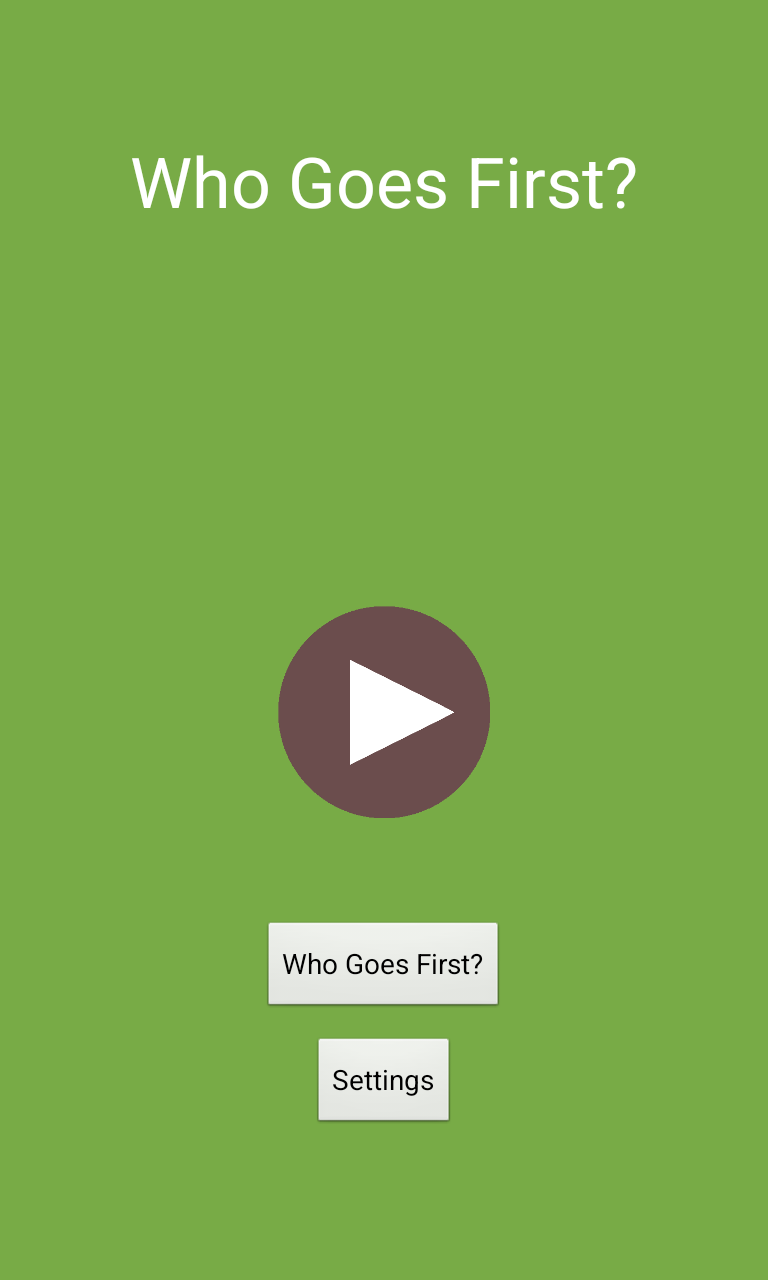
Repository: DarwinLYang/WhoGoesFirstApp
Layout: Who First/WhoFirst/res/layout/fragment_main.xml
These files come from the project's save history. The layout is drawn as it stood at one moment and after the next save; the edit follows.
It is drawn on a 768 x 1280 px phone screen (xhdpi) without system bars, with theme android:Theme.NoTitleBar.Fullscreen; the app's code is not run.

Above is the layout before, as saved 2014-04-09 21:36:06.

### Who First/WhoFirst/res/layout/fragment_main.xml
<RelativeLayout xmlns:android="http://schemas.android.com/apk/res/android"
    xmlns:tools="http://schemas.android.com/tools"
    android:id="@+id/TitleScreen"
    android:layout_width="match_parent"
    android:layout_height="match_parent"
    android:background="@color/green"
    android:gravity="center_horizontal" >

    <TextView
        android:id="@+id/setttingsTitle"
        android:layout_width="wrap_content"
        android:layout_height="wrap_content"
        android:layout_alignParentTop="true"
        android:layout_centerHorizontal="true"
        android:layout_marginTop="67dp"
        android:text="Who Goes First?"
        android:textAppearance="?android:attr/textAppearanceLarge"
        android:textSize="35sp" />

    <Button
        android:id="@+id/questionButton"
        android:layout_width="wrap_content"
        android:layout_height="wrap_content"
        android:layout_alignParentBottom="true"
        android:layout_centerHorizontal="true"
        android:layout_marginBottom="132dp"
        android:onClick="questionScreen"
        android:text="@string/button_question" />

    <Button
        android:id="@+id/settingsButton"
        android:layout_width="wrap_content"
        android:layout_height="wrap_content"
        android:layout_alignTop="@+id/questionButton"
        android:layout_centerHorizontal="true"
        android:layout_marginTop="58dp"
        android:onClick="settingsScreen"
        android:text="@string/button_setting" />

    <ImageButton
        android:id="@+id/imageButton1"
        android:layout_width="150dip"
        android:layout_height="150dip"
        android:layout_above="@+id/questionButton"
        android:layout_centerHorizontal="true"
        android:layout_marginBottom="29dp"
        android:background="@drawable/start_button"
        android:gravity="center_vertical|center_horizontal" />

</RelativeLayout>

### Who First/WhoFirst/res/values/strings.xml
<?xml version="1.0" encoding="utf-8"?>
<resources>

    <string name="app_name">Who Goes First</string>
    <string name="button_question">Who Goes First?</string>
    <string name="button_setting">Settings</string>
    <string name="button_next_question">Give me another</string>
    <string name="action_settings">Settings</string>
    <string name="title_activity_main">MainActivity</string>
    <string name="title_activity_question">QuestionActivity</string>
    <string name="title_activity_settings">SettingsActivity</string>
    <string name="text_question_title">Question</string>
    <string name="text_default_question">Default Question</string>

    <color name="green">#78AB46</color>
    <color name="blue">#43BFC7</color>
    <color name="red">#E77471</color>

</resources>

After the next save:
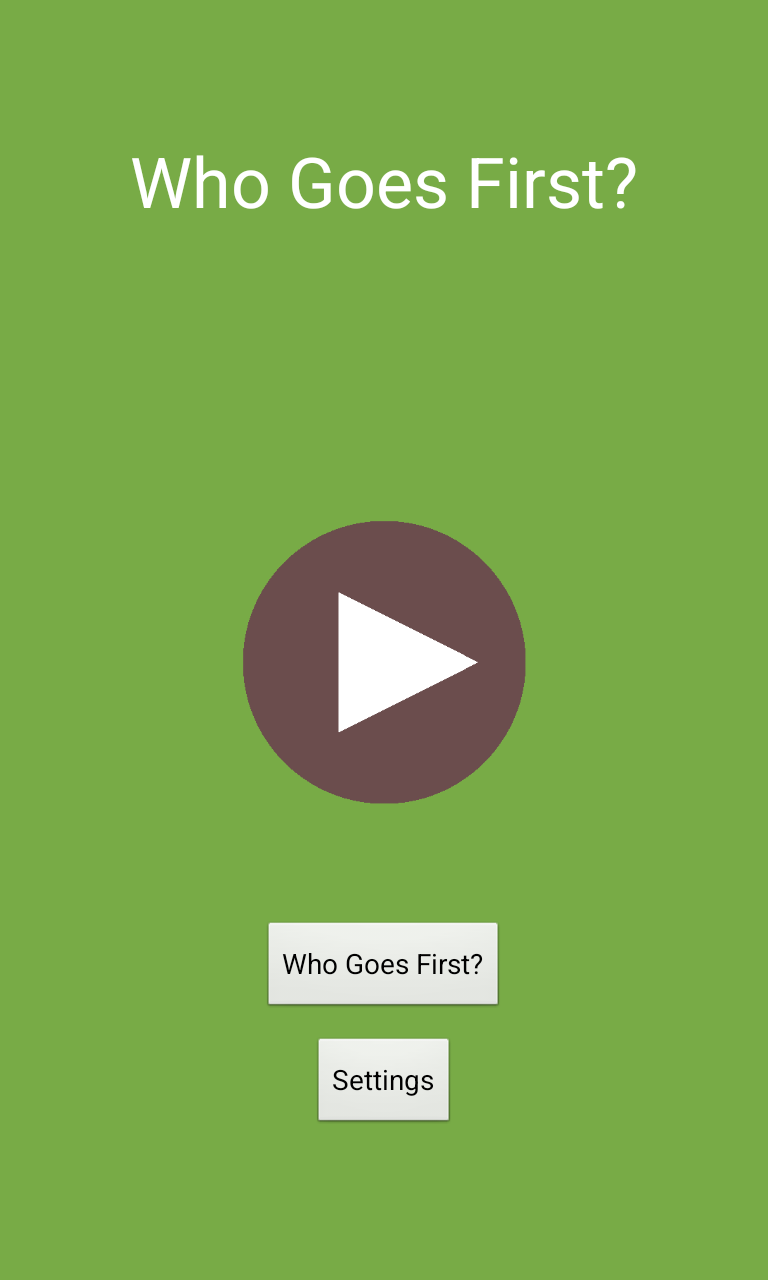
Saved 66 s later.
--- a/Who First/WhoFirst/res/layout/fragment_main.xml
+++ b/Who First/WhoFirst/res/layout/fragment_main.xml
@@ -17,6 +17,17 @@
         android:textAppearance="?android:attr/textAppearanceLarge"
         android:textSize="35sp" />
 
+        <ImageButton
+        android:id="@+id/imageButton1"
+        android:layout_width="200dip"
+        android:layout_height="200dip"
+        android:layout_above="@+id/questionButton"
+        android:layout_centerHorizontal="true"
+        android:layout_marginBottom="29dp"
+        android:background="@drawable/start_button"
+        android:onClick="questionScreen"
+        android:gravity="center_vertical|center_horizontal" />
+
     <Button
         android:id="@+id/questionButton"
         android:layout_width="wrap_content"
@@ -24,7 +35,7 @@
         android:layout_alignParentBottom="true"
         android:layout_centerHorizontal="true"
         android:layout_marginBottom="132dp"
-        android:onClick="questionScreen"
+
         android:text="@string/button_question" />
 
     <Button
@@ -37,14 +48,6 @@
         android:onClick="settingsScreen"
         android:text="@string/button_setting" />
 
-    <ImageButton
-        android:id="@+id/imageButton1"
-        android:layout_width="150dip"
-        android:layout_height="150dip"
-        android:layout_above="@+id/questionButton"
-        android:layout_centerHorizontal="true"
-        android:layout_marginBottom="29dp"
-        android:background="@drawable/start_button"
-        android:gravity="center_vertical|center_horizontal" />
+
 
 </RelativeLayout>
